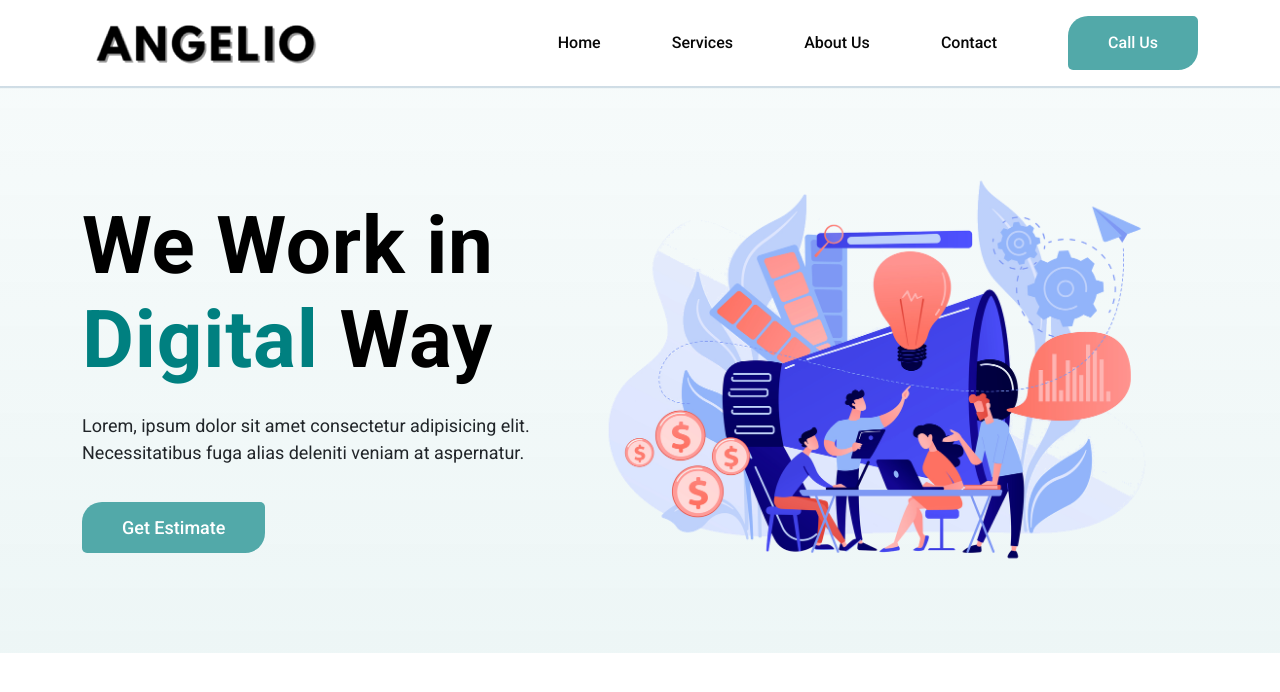
Repository: nazmulalok/landing-page-angelio
Page: index.html
These files come from the project's save history. The page is drawn as it stood at one moment and after the next save; the edit follows.
The browser window is 1280 px wide. The pictures show the whole page.

Above is the page before, as saved 2022-09-04 17:01:21.

After the next save:
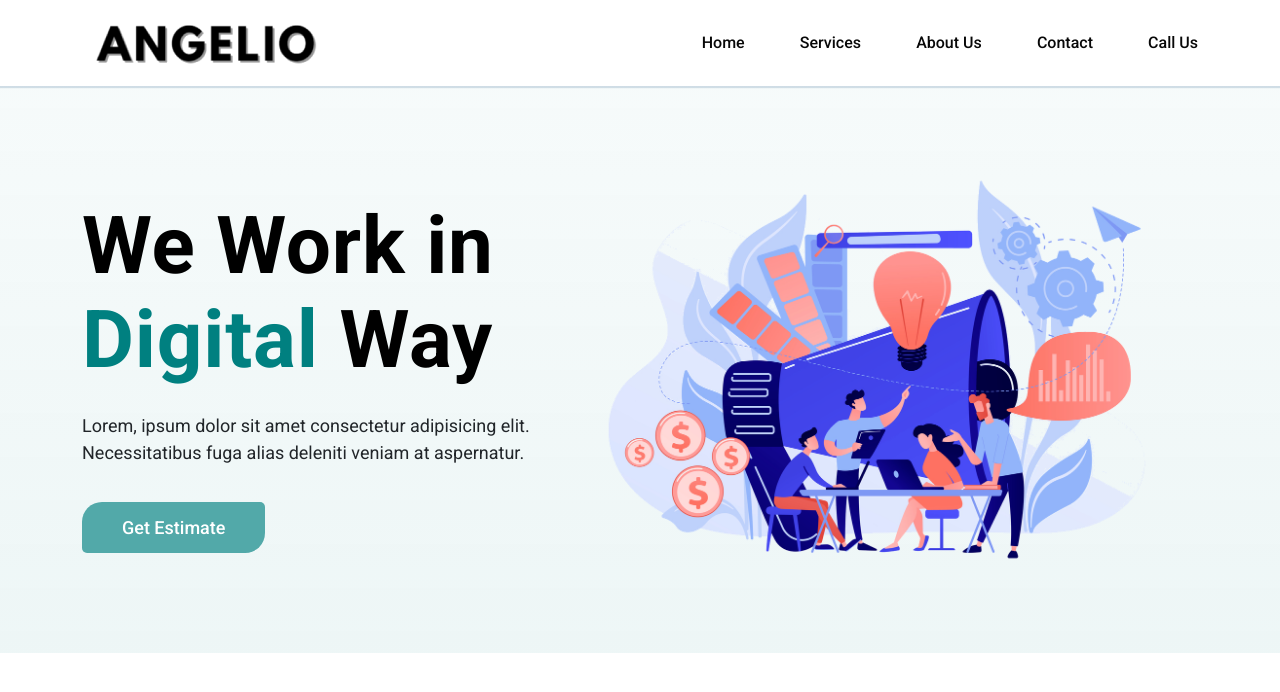
Saved 4 min 20 s later.
--- a/index.html
+++ b/index.html
@@ -33,7 +33,7 @@
                                 <li><a href="/services.html">Services</a></li>
                                 <li><a href="/about-us.html">About Us</a></li>
                                 <li><a href="/contact.html">Contact</a></li>
-                                <li class="nav-cta"><a href="tel:000-000-0000">Call Us</a></li>
+                                <li class="main-btn"><a href="tel:000-000-0000">Call Us</a></li>
                             </ul>
                         </div>
                     </div>

After the save that followed:
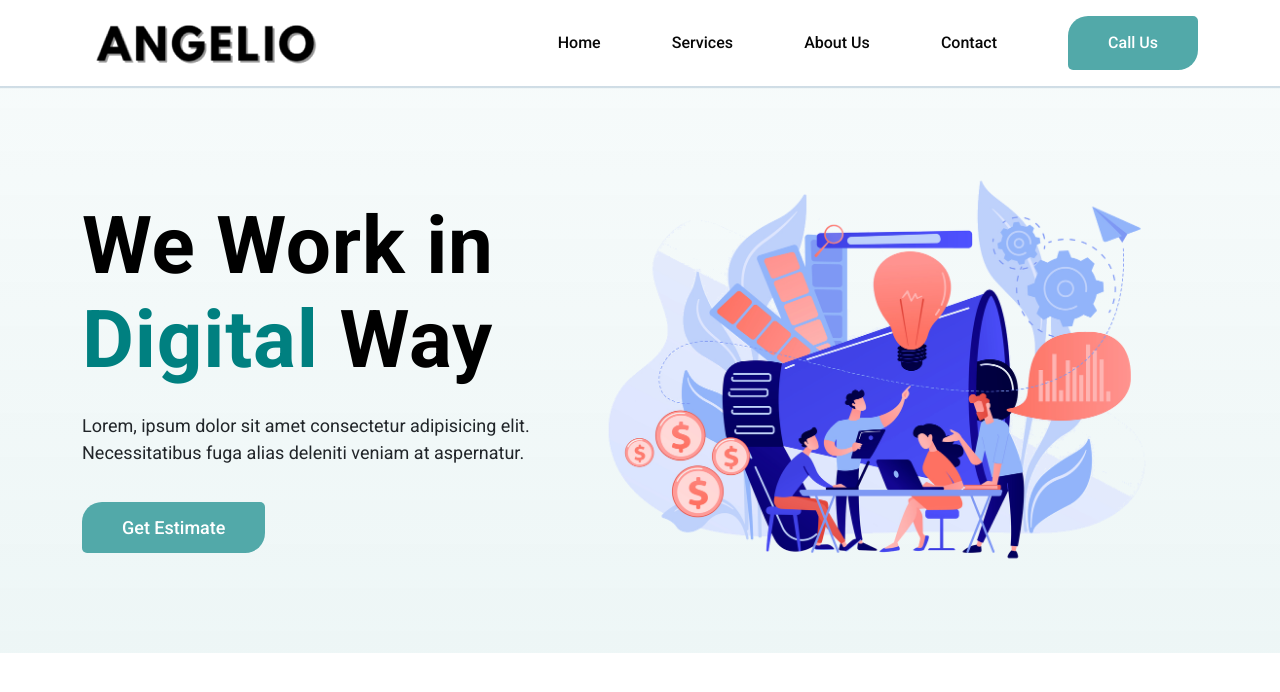
Saved 6 s later.
--- a/index.html
+++ b/index.html
@@ -33,7 +33,7 @@
                                 <li><a href="/services.html">Services</a></li>
                                 <li><a href="/about-us.html">About Us</a></li>
                                 <li><a href="/contact.html">Contact</a></li>
-                                <li class="main-btn"><a href="tel:000-000-0000">Call Us</a></li>
+                                <li class="nav-cta"><a href="tel:000-000-0000">Call Us</a></li>
                             </ul>
                         </div>
                     </div>
